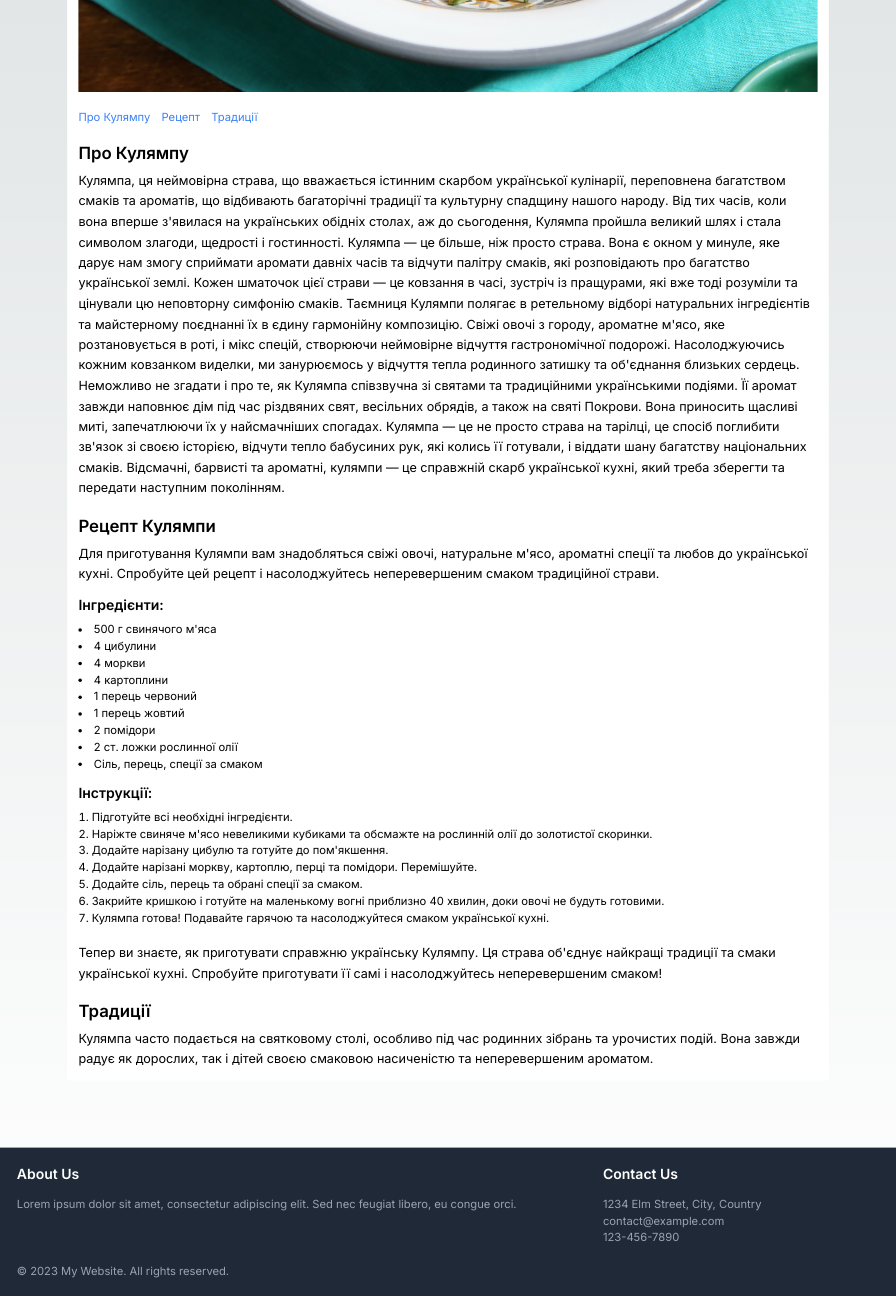
Repository: nika-otter/Kulyampa
Page: /
The author's editor kept a copy of each file at every save. The page is drawn from the files as they stood at one save, then again after the next save.
The browser window is 1280 px wide. The pictures show the part of the page from y = 829 to 2749 px (the page is 2680 px tall before and 2940 px after), at 70% of full size.
The project was rebuilt for these pictures with package versions that can differ from the ones it lists, and the page was loaded fresh each time. The framework's server and built-in components were replaced by stand-ins that run in the browser. Also part of the build but not shown: next.config.js.

Above is the page before, as saved 2023-08-19 02:19:24.

After the next save:
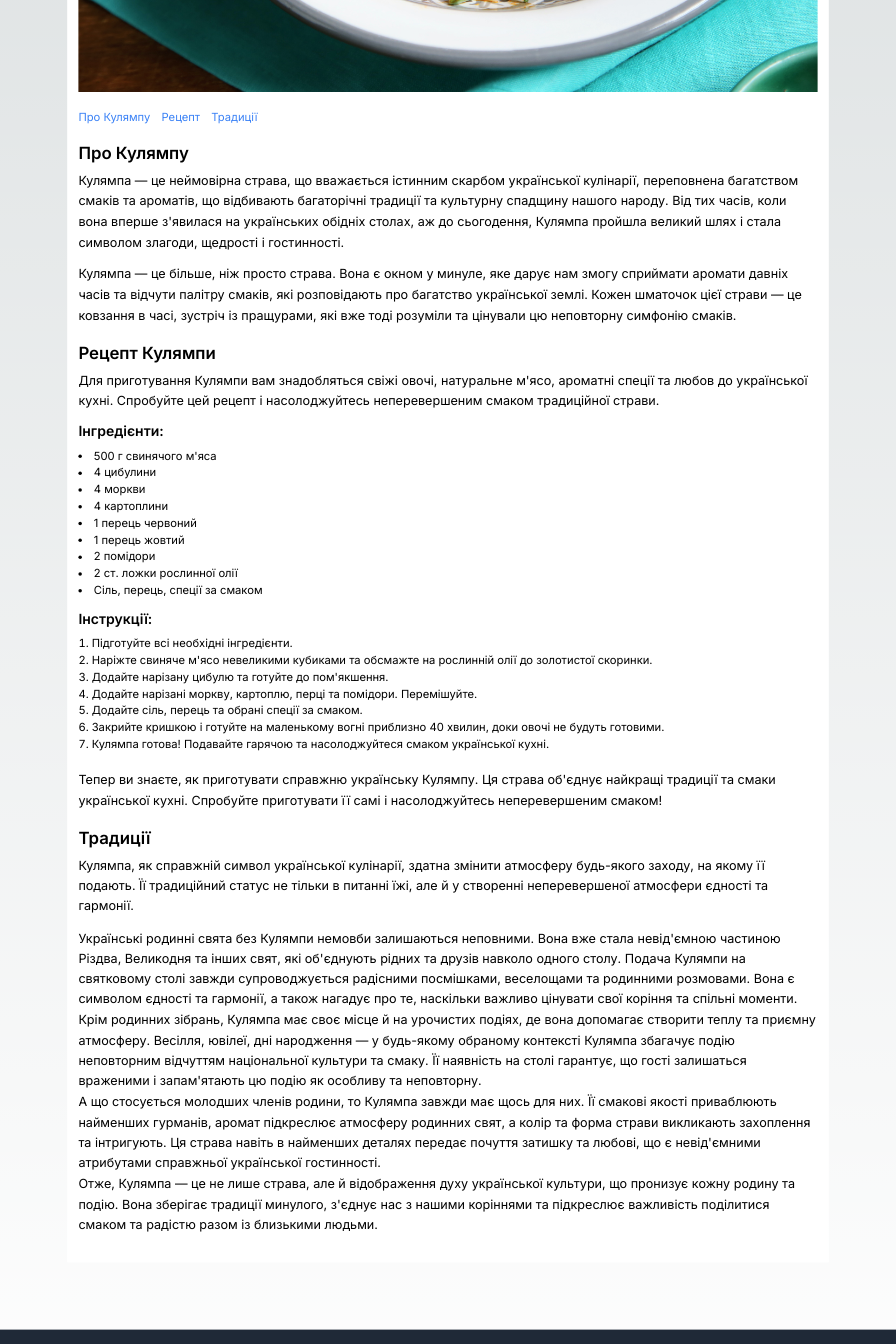
Saved 3 min 6 s later.
--- a/components/Kulyampa.tsx
+++ b/components/Kulyampa.tsx
@@ -10,7 +10,7 @@ const Kulyampa = () => {
         src="/ca-creative-yzFO7e_87fs-unsplash.jpg"
         alt="Кулямпа"
         className="w-full h-auto mb-6"
-        width={192}
+        width={128}
         height={128}
       />
 
@@ -31,15 +31,17 @@ const Kulyampa = () => {
       <section id="about" className="mb-6">
         <h2 className="text-2xl font-semibold mb-2">Про Кулямпу</h2>
         <p className="text-lg leading-relaxed mb-4">
-          Кулямпа, ця неймовірна страва, що вважається істинним скарбом української кулінарії, переповнена багатством смаків та ароматів, що відбивають багаторічні традиції та культурну спадщину нашого народу. Від тих часів, коли вона вперше з'явилася на українських обідніх столах, аж до сьогодення, Кулямпа пройшла великий шлях і стала символом злагоди, щедрості і гостинності.
-
-Кулямпа — це більше, ніж просто страва. Вона є окном у минуле, яке дарує нам змогу сприймати аромати давніх часів та відчути палітру смаків, які розповідають про багатство української землі. Кожен шматочок цієї страви — це ковзання в часі, зустріч із пращурами, які вже тоді розуміли та цінували цю неповторну симфонію смаків.
-
-Таємниця Кулямпи полягає в ретельному відборі натуральних інгредієнтів та майстерному поєднанні їх в єдину гармонійну композицію. Свіжі овочі з городу, ароматне м'ясо, яке розтановується в роті, і мікс спецій, створюючи неймовірне відчуття гастрономічної подорожі. Насолоджуючись кожним ковзанком виделки, ми занурюємось у відчуття тепла родинного затишку та об'єднання близьких сердець.
-
-Неможливо не згадати і про те, як Кулямпа співзвучна зі святами та традиційними українськими подіями. Її аромат завжди наповнює дім під час різдвяних свят, весільних обрядів, а також на святі Покрови. Вона приносить щасливі миті, запечатлюючи їх у найсмачніших спогадах.
-
-Кулямпа — це не просто страва на тарілці, це спосіб поглибити зв'язок зі своєю історією, відчути тепло бабусиних рук, які колись її готували, і віддати шану багатству національних смаків. Відсмачні, барвисті та ароматні, кулямпи — це справжній скарб української кухні, який треба зберегти та передати наступним поколінням.
+          <p className="text-lg leading-relaxed mb-4">
+          Кулямпа — це неймовірна страва, що вважається істинним скарбом української кулінарії,
+          переповнена багатством смаків та ароматів, що відбивають багаторічні традиції та культурну спадщину нашого народу.
+          Від тих часів, коли вона вперше з'явилася на українських обідніх столах, аж до сьогодення,
+          Кулямпа пройшла великий шлях і стала символом злагоди, щедрості і гостинності.
+        </p>
+        <p className="text-lg leading-relaxed mb-4">
+          Кулямпа — це більше, ніж просто страва. Вона є окном у минуле, яке дарує нам змогу сприймати аромати давніх часів
+          та відчути палітру смаків, які розповідають про багатство української землі. Кожен шматочок цієї страви — це ковзання в часі,
+          зустріч із пращурами, які вже тоді розуміли та цінували цю неповторну симфонію смаків.
+        </p>
         </p>
       </section>
 
@@ -82,12 +84,29 @@ const Kulyampa = () => {
       </p>
       </section>
 
-      <section id="traditions">
+      <section id="traditions" className="mb-6">
         <h2 className="text-2xl font-semibold mb-2">Традиції</h2>
+        <p className="text-lg leading-relaxed mb-4">
+          Кулямпа, як справжній символ української кулінарії, здатна змінити атмосферу будь-якого заходу, на якому її подають.
+          Її традиційний статус не тільки в питанні їжі, але й у створенні неперевершеної атмосфери єдності та гармонії.
+        </p>
         <p className="text-lg leading-relaxed">
-          Кулямпа часто подається на святковому столі, особливо під час родинних
-          зібрань та урочистих подій. Вона завжди радує як дорослих, так і дітей
-          своєю смаковою насиченістю та неперевершеним ароматом.
+          Українські родинні свята без Кулямпи немовби залишаються неповними. Вона вже стала невід'ємною частиною Різдва, Великодня та інших свят,
+          які об'єднують рідних та друзів навколо одного столу. Подача Кулямпи на святковому столі завжди супроводжується радісними посмішками,
+          веселощами та родинними розмовами. Вона є символом єдності та гармонії, а також нагадує про те, наскільки важливо цінувати свої коріння та спільні моменти.
+        </p>
+        <p className="text-lg leading-relaxed">
+          Крім родинних зібрань, Кулямпа має своє місце й на урочистих подіях, де вона допомагає створити теплу та приємну атмосферу. Весілля, ювілеї, дні народження —
+          у будь-якому обраному контексті Кулямпа збагачує подію неповторним відчуттям національної культури та смаку. Її наявність на столі гарантує, що гості залишаться враженими
+          і запам'ятають цю подію як особливу та неповторну.
+        </p>
+        <p className="text-lg leading-relaxed">
+          А що стосується молодших членів родини, то Кулямпа завжди має щось для них. Її смакові якості приваблюють найменших гурманів, аромат підкреслює атмосферу родинних свят,
+          а колір та форма страви викликають захоплення та інтригують. Ця страва навіть в найменших деталях передає почуття затишку та любові, що є невід'ємними атрибутами справжньої української гостинності.
+        </p>
+        <p className="text-lg leading-relaxed">
+          Отже, Кулямпа — це не лише страва, але й відображення духу української культури, що пронизує кожну родину та подію. Вона зберігає традиції минулого, з'єднує нас з нашими коріннями
+          та підкреслює важливість поділитися смаком та радістю разом із близькими людьми.
         </p>
       </section>
 
